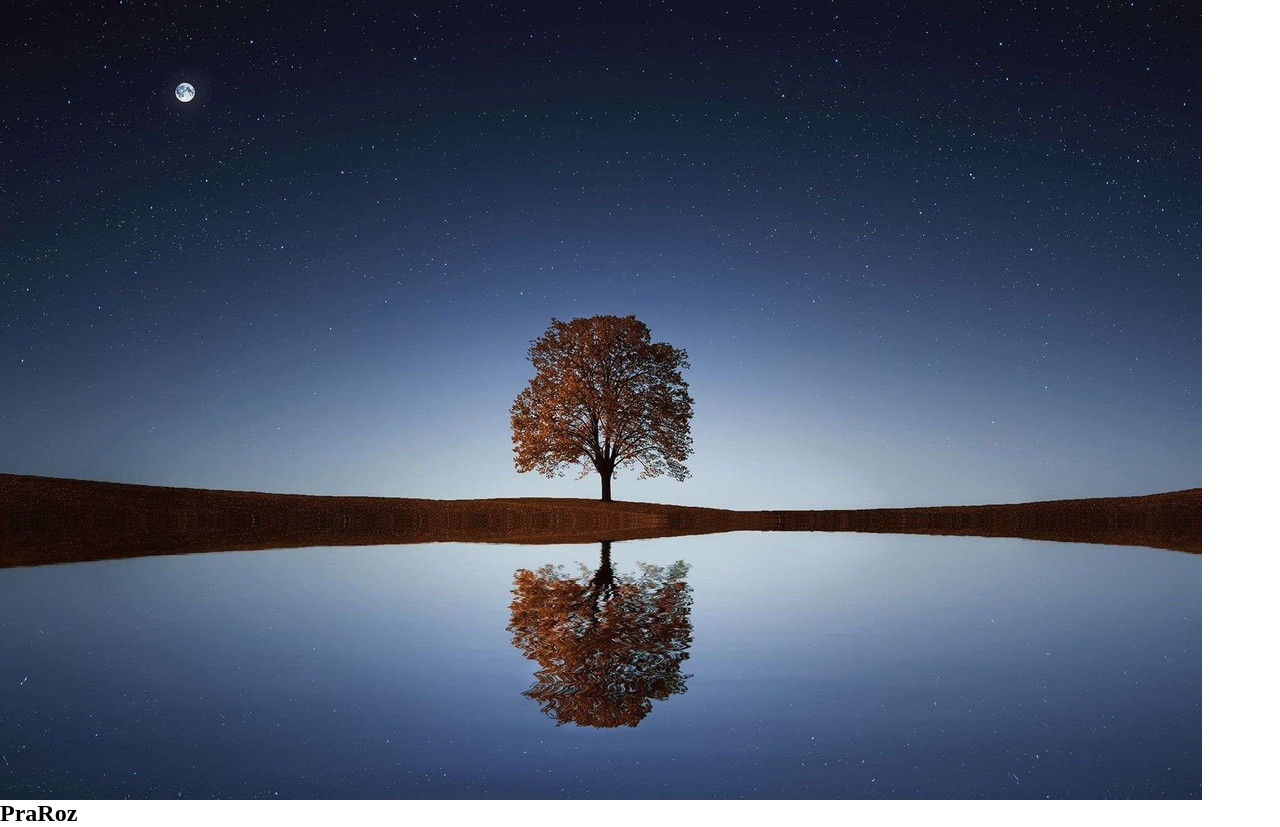
Repository: HuynhDuc23/project3
Page: index.html
The author's editor kept a copy of each file at every save. The page is drawn from the files as they stood at one save, then again after the next save.
The browser window is 1280 px wide. The pictures show the whole page.

Above is the page before, as saved 2023-05-03 15:28:08.

After the next save:
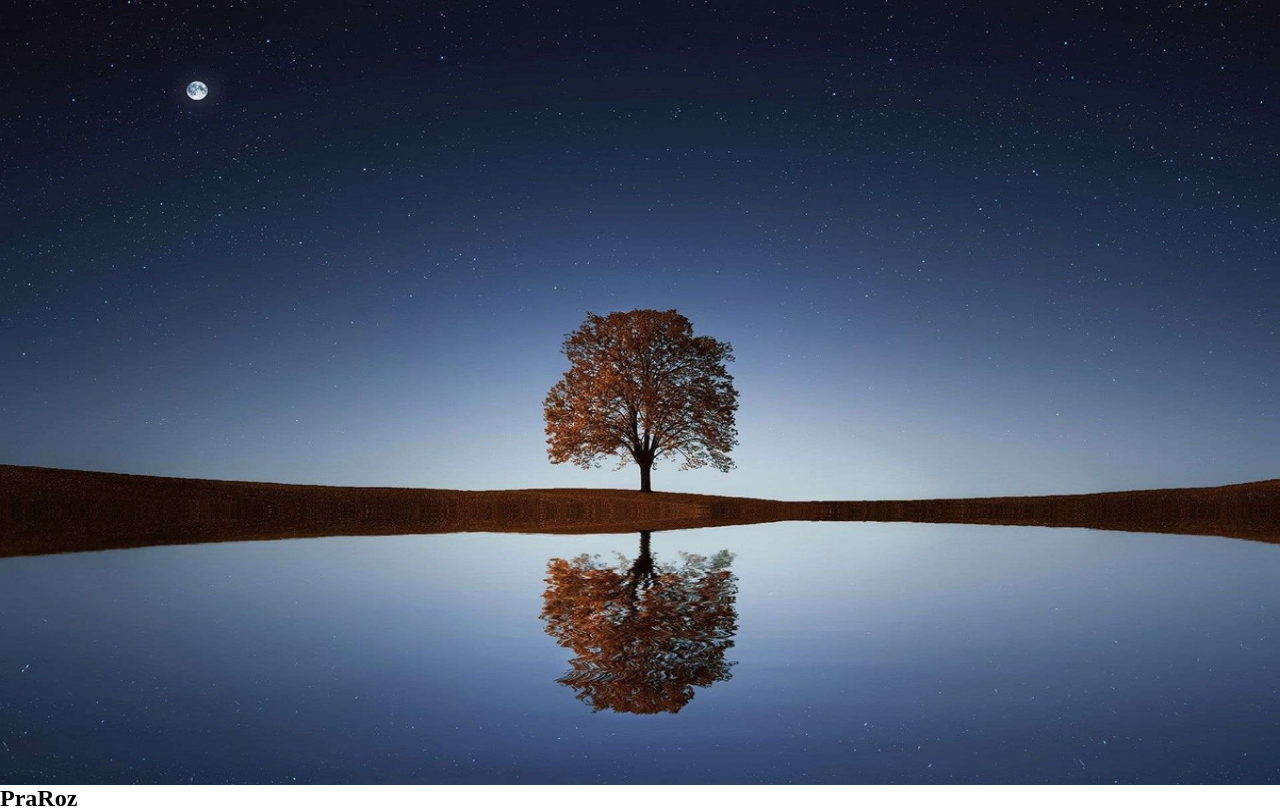
Saved 28 s later.
--- a/style.css
+++ b/style.css
@@ -2,9 +2,9 @@
     margin: 0;
     padding: 0;
 }
-.main {
+.main--img {
     width: 100%;
-    background-image: linear-gradient(to top , rgba(0,0,0,0),rgba(0,0,0,0.5) , url("img/Project3.png"));
+    background: linear-gradient(to top , rgba(0,0,0,0),rgba(0,0,0,0.5) );
     background-position: center;
     background-size: cover;
     /* background-repeat: no-repeat; */
